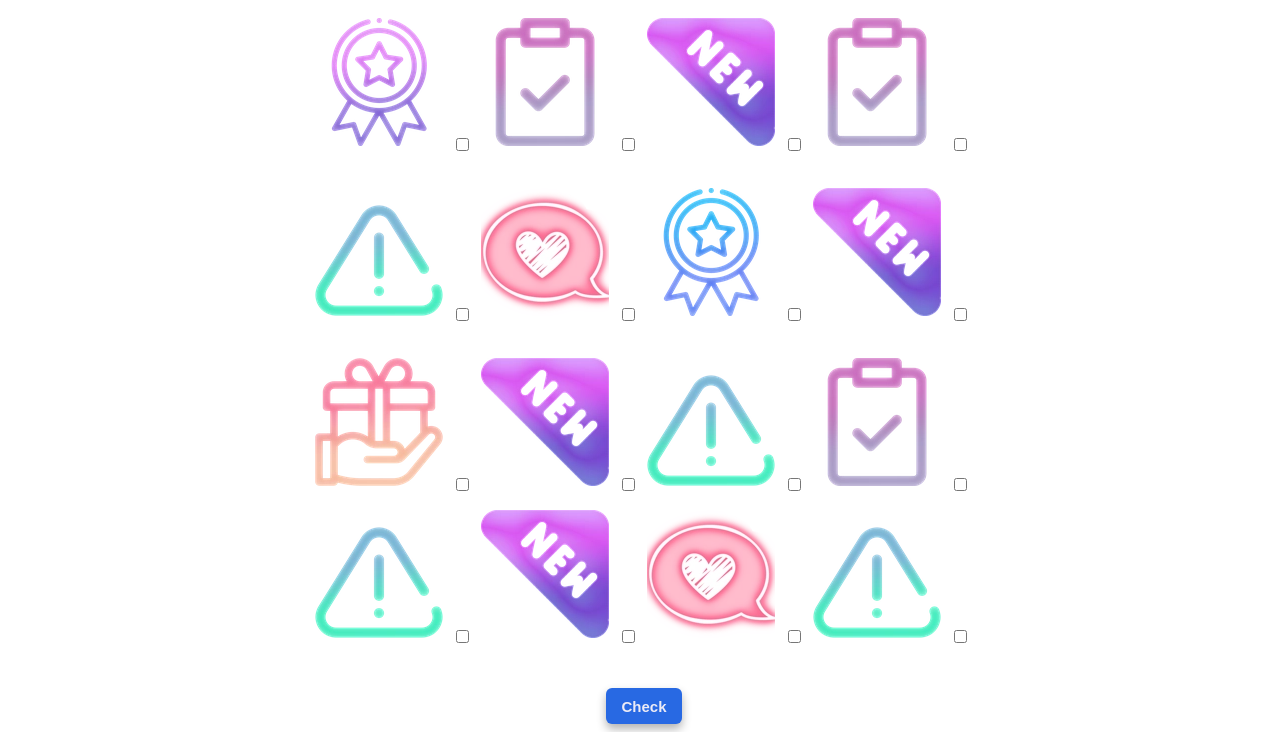
Repository: vichubenzene/-MWin_ui
Page: main.html
An editor plug-in stored every save of this project. The page is shown before and after the next save, followed by the edit.
The browser window is 1280 px wide. The pictures show the whole page.

Above is the page before, as saved 2022-10-10 17:31:51.

After the next save:
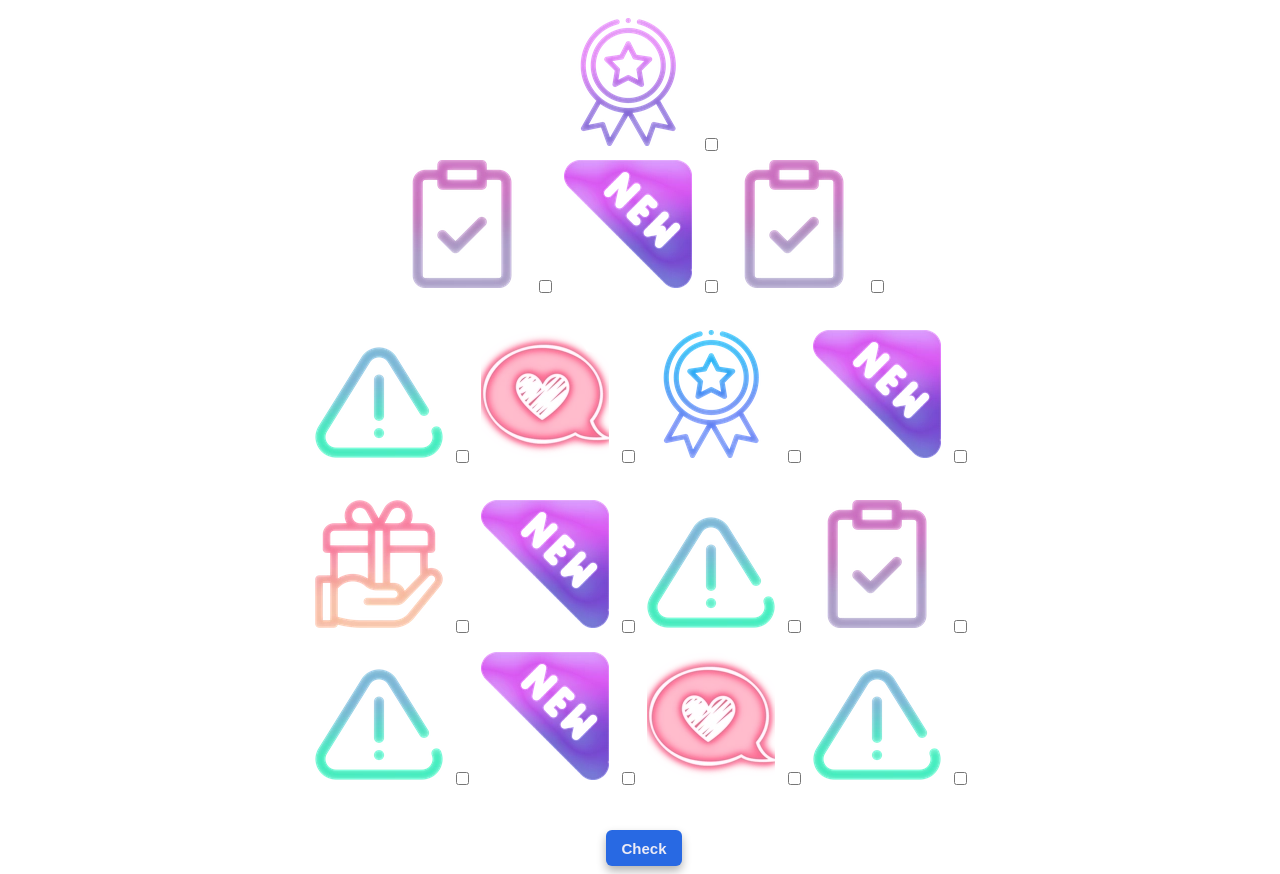
Saved 110 s later.
--- a/main.html
+++ b/main.html
@@ -41,9 +41,10 @@
 <body>
     <div class="row" style=" text-align: center">
         <div class="column" style=" text-align: center">
-
-            <img src="images/834538140450160661.png" id="i1" alt="Snow" onclick="image('myCheckbox1')" style="padding: 5px">
-            <input type="checkbox" id="myCheckbox1" />
+            <div>
+                <img src="images/834538140450160661.png" id="i1" alt="Snow" onclick="image('myCheckbox1')" style="padding: 5px">
+                <input type="checkbox" id="myCheckbox1" />
+            </div>
             <img src="images/834541394987057242.png" id="i2" alt="Snow" onclick="image('myCheckbox2')" style="padding: 5px">
             <input type="checkbox" id="myCheckbox2" />
             <img src="images/834535415628562442 (1).png" id="i3" alt="Snow" onclick="image('myCheckbox3')" style=" padding: 5px">
